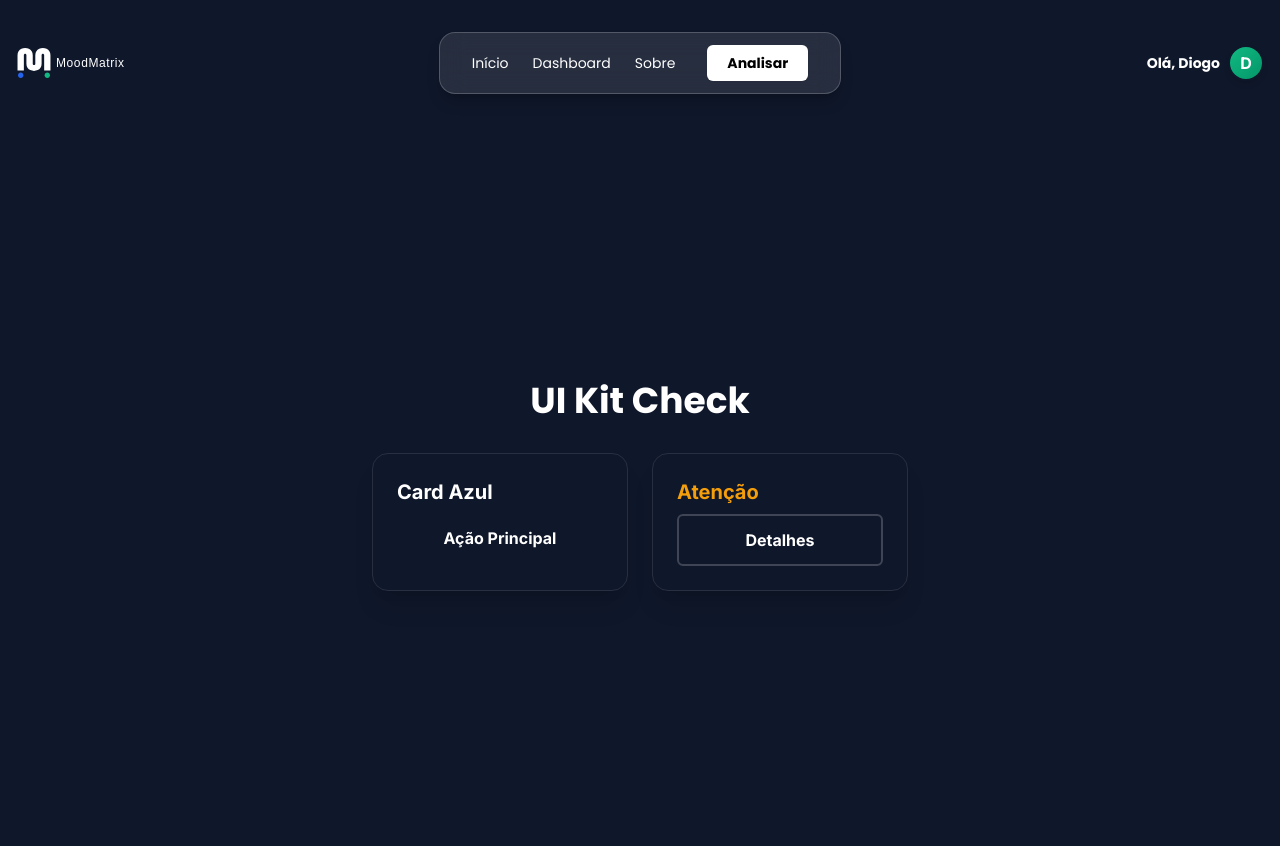
Repository: Hackaton-ONE/hackathon-Frontend
Page: /
An editor plug-in stored every save of this project. The page is shown before and after the next save, followed by the edit.
The browser window is 1280 px wide. The pictures show the whole page.
Some web fonts or font styles are not loaded; a fallback is used. The project was rebuilt for these pictures with package versions that can differ from the ones it lists, and the page was loaded fresh each time. The framework's server and built-in components were replaced by stand-ins that run in the browser. Also part of the build but not shown: next.config.ts.

Above is the page before, as saved 2026-01-02 09:58:37.

After the next save:
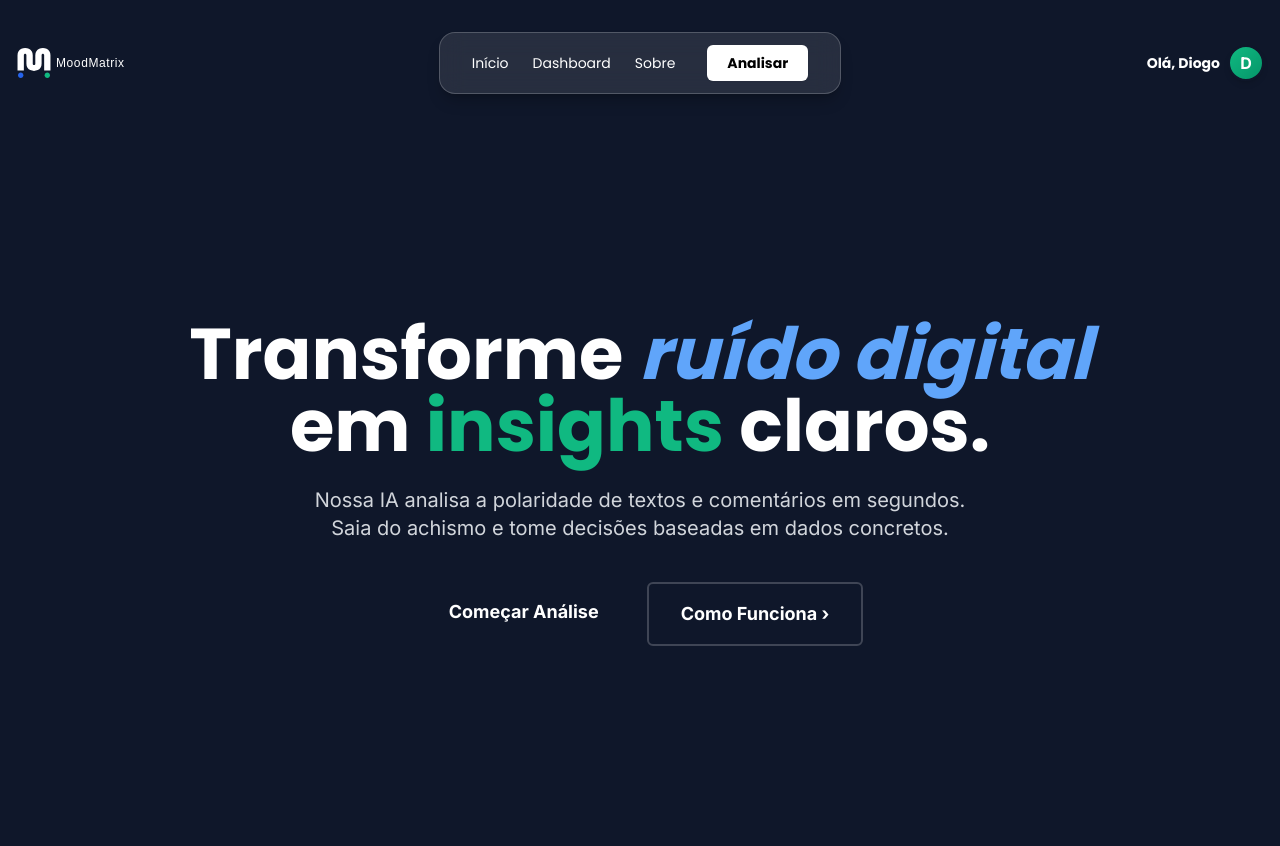
Saved 19 s later.
--- a/app/page.tsx
+++ b/app/page.tsx
@@ -1,27 +1,14 @@
-import { Button } from "@/components/Button";
-import { GlassCard } from "@/components/GlassCard";
+import { Navbar } from "../components/Navbar"; // Navbar já está no layout, mas pode confirmar
+import { HeroSection } from "../components/HeroSection";
 
 export default function Home() {
   return (
-    <main className="flex min-h-screen flex-col items-center justify-center p-10 gap-8 bg-mood-dark">
+    <main className="min-h-screen bg-mood-dark text-white selection:bg-neon-green selection:text-mood-dark">
+      {/* A Navbar já está no layout.tsx, então não precisa repetir aqui se já colocou lá */}
 
-      <h1 className="text-4xl font-poppins font-bold text-white bg-clip-text bg-gradient-to-r from-blue-DEFAULT to-neon-green">
-        UI Kit Check
-      </h1>
+      <HeroSection />
 
-      <div className="grid grid-cols-1 md:grid-cols-2 gap-6">
-        {/* Teste Card Azul */}
-        <GlassCard gradient="blue" className="p-6 w-64 border-blue-DEFAULT/30">
-          <h2 className="text-xl font-bold mb-2">Card Azul</h2>
-          <Button variant="primary" className="w-full">Ação Principal</Button>
-        </GlassCard>
-
-        {/* Teste Card Laranja (Aviso) */}
-        <GlassCard gradient="orange" className="p-6 w-64 border-neon-orange/30">
-          <h2 className="text-xl font-bold mb-2 text-neon-orange">Atenção</h2>
-          <Button variant="outline" className="w-full">Detalhes</Button>
-        </GlassCard>
-      </div>
+      {/* Aqui virão as próximas seções (Tech Stack, Benefícios, etc.) */}
 
     </main>
   );
